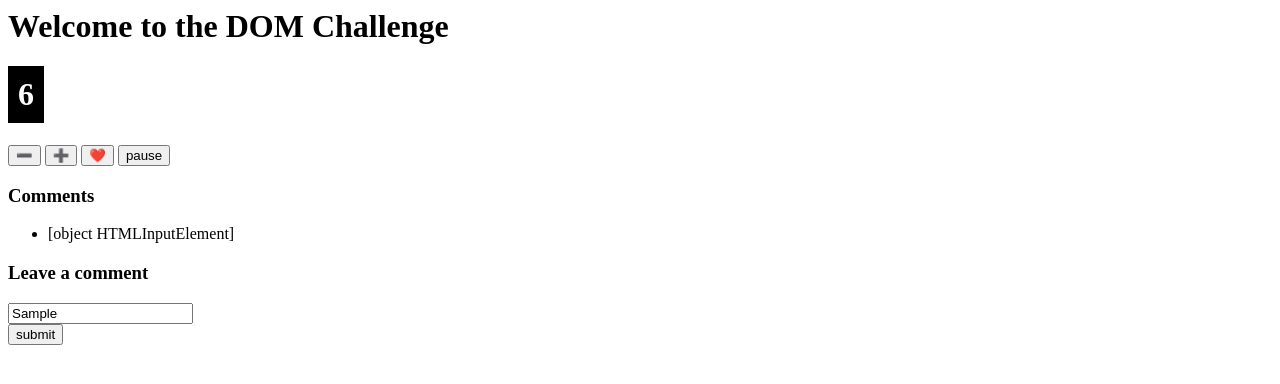
Repository: learn-co-students/jsdom-dom-challenge-austin-web-030920
Page: index.html
These files come from the project's save history. The page is drawn as it stood at one moment and after the next save; the edit follows.
The browser window is 1280 px wide. The pictures show the whole page.
Empty fields were first filled with sample values (such as "Sample", 5 or name@example.com).
After loading, the first visible `#comment-form` was submitted once.

Above is the page before, as saved 2020-04-22 17:39:45.

### index.html
<html>

<head>
  <meta charset="UTF-8">
  <title>Dom Challenge</title>
  <style>
    #counter {
      background-color: black;
      color: white;
      display: table;
      padding: 10px;
    }
  </style>
</head>

<body>
  <h1>
    Welcome to the DOM Challenge
  </h1>
  <h1 id='counter'>
    0
  </h1>
  <!-- <span id='buttons'> -->
    <button id='minus'> ➖ </button>
    <button id='plus'> ➕ </button>
    <button id='heart'> ❤️ </button>
  <!-- </span> -->
  <button id='timerButton'> pause </button>
  <ul id = 'likes' class='likes'></ul>

  <div>
    <h3>Comments</h3>
    <ul id='list' class='comments'></ul>

    <h3>Leave a comment</h3>

    <form id="comment-form" action="">
      <input type='text' name="comment" id="comment-input" cols="30" rows="10">
      </br>
      <button id='submit'>submit</button>
    </form>

  </div>

  <!-- <script src="js/index.min.js"></script> -->
  <script src="js/challenge.js"></script>
</body>

</html>

### js/challenge.js
let timer;
const minus = document.getElementById('minus');
const plus = document.getElementById('plus');
const heart = document.getElementById('heart');
const counter = document.getElementById('counter');
const likes = document.getElementById('likes')
const subComment = document.getElementById('comment-form');
const allLikes = [];

document.addEventListener("DOMContentLoaded", () => {
    // your code here
    timer = setInterval(incrementCounter, 1000);
    subComment.addEventListener('submit', addComment);
});

function incrementCounter() {
    counter.innerText++;

    // console.log(counter.innerText)
    timerButton = document.getElementById('timerButton');
    timerButton.addEventListener('click', toggleTimer);
    minus.addEventListener('click', decrementTimer);
    plus.addEventListener('click', incrementTimer);
    heart.addEventListener('click', addLike);
}

function toggleTimer(event) {
    // console.log(event.target);

    if (event.target.innerText === 'pause') {
        clearInterval(timer);
        event.target.innerText = 'resume';
        minus.disabled = true;
        plus.disabled = true;
        heart.disabled = true;
    } else if (event.target.innerText === 'resume') {
        timer = setInterval(incrementCounter, 1000);
        event.target.innerText = 'pause';
        minus.disabled = false;
        plus.disabled = false;
        heart.disabled = false;
    }
}

function incrementTimer(event) {
    counter.innerText++
}

function decrementTimer(event) {
    counter.innerText--
}


function addLike(event) {
    allLikes.push(counter.innerText);
    let qtyLikes = allLikes.filter(num => num === counter.innerText).length;

    if (qtyLikes < 2) {
        let currentLike = document.createElement('li');
        currentLike.id = counter.innerText;
        currentLike.innerText = `${counter.innerText} has been liked ${qtyLikes} times`;
        likes.appendChild(currentLike);
    } else {
        let currentLike = document.getElementById(counter.innerText);
        currentLike.innerText = `${counter.innerText} has been liked ${qtyLikes} times`;
    }
}

function addComment(event) {
    // console.log('test');
    event.preventDefault();
    let comments = document.getElementById('list');
    let commentText = document.getElementById('comment-input');
    let comment = document.createElement('li');
    comment.innerText = commentText

    comments.appendChild(comment)
}

After the next save:
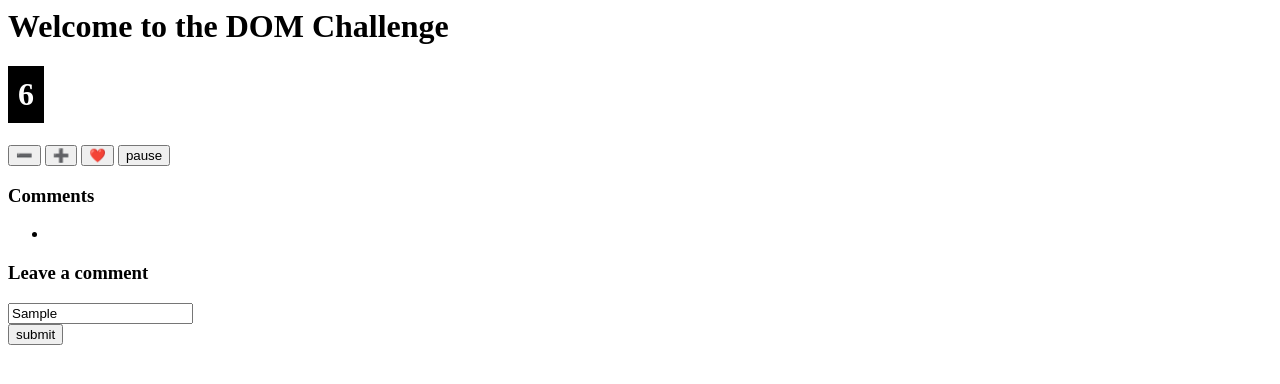
Saved 104 s later.
--- a/js/challenge.js
+++ b/js/challenge.js
@@ -70,7 +70,7 @@ function addComment(event) {
     // console.log('test');
     event.preventDefault();
     let comments = document.getElementById('list');
-    let commentText = document.getElementById('comment-input');
+    let commentText = document.getElementById('comment-input').innerText;
     let comment = document.createElement('li');
     comment.innerText = commentText
 
